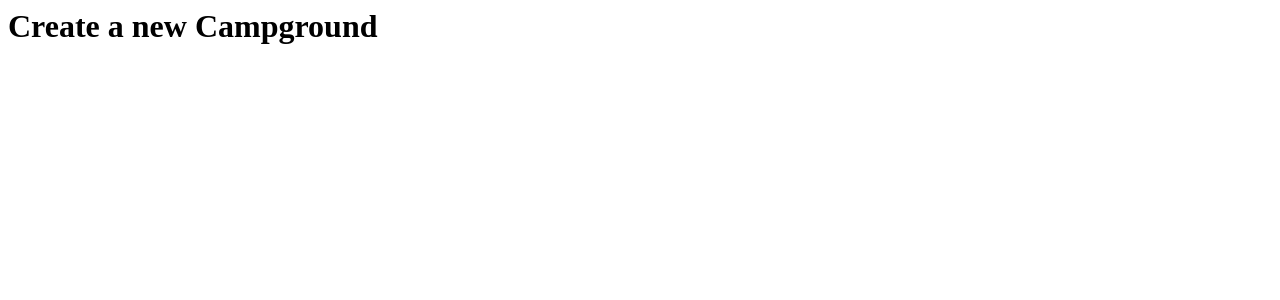
Repository: manojsatya/YelpCamp
Page: http://localhost/campgrounds/new
An editor plug-in stored every save of this project. The page is shown before and after the next save, followed by the edit.
The browser window is 1280 px wide. The pictures show the whole page.
The page is served by the project's Node server (app.js).

Above is the page before, as saved 2019-06-14 13:18:41.

### views/new.ejs
<h1>Create a new Campground</h1>

<form action="/campgrounds" method="POST"></form>

### app.js
var express = require("express");
var app = express();
var bodyParser = require("body-parser");

app.use(bodyParser.urlencoded({extended: true}));
app.set("view engine", "ejs");

app.get("/", function(req, res){
    res.render("landing");
});

app.get("/campgrounds", function(req, res){
    var campgrounds = [
        {name: "Manoj Satya", image: "https://mk0theadventuregfnyq.kinstacdn.com/wp-content/uploads/Tips-for-Hiking-and-Camping-in-the-Snow-3.jpg"},
        {name: "Shradha Shiv", image: "https://www.michigan.org/sites/default/files/styles/15_6_desktop/public/camping-hero_0_0.jpg?itok=mgGs0-vw&timestamp=1520373602"},
        {name: "Meghana", image: "https://taosmountainoutfitters.com/wp-content/uploads/2018/09/camping_fullsize_story1.jpg"}
    ]

    res.render("campgrounds",{campgrounds:campgrounds});
});

app.post("/campgrounds", function(req, res){
    res.send("You hot the post route!!");
    //get data from form and add to campground array
    //redirect back to campgrounds page
});

app.get("/campgrounds/new", function(req, res){
    res.render("new.ejs");
});


app.listen(3000, function(){
    console.log("The YelpCamp Server has started");
});

After the next save:
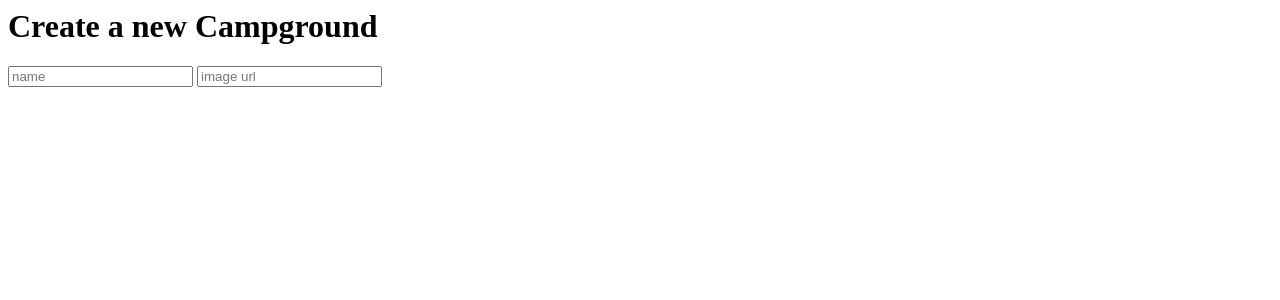
Saved 35 s later.
--- a/views/new.ejs
+++ b/views/new.ejs
@@ -1,3 +1,7 @@
 <h1>Create a new Campground</h1>
 
-<form action="/campgrounds" method="POST"></form>
+<form action="/campgrounds" method="POST">
+    <input type="text" name="" id="" placeholder="name">
+    <input type="text" name="" id="" placeholder="image url">
+
+</form>
